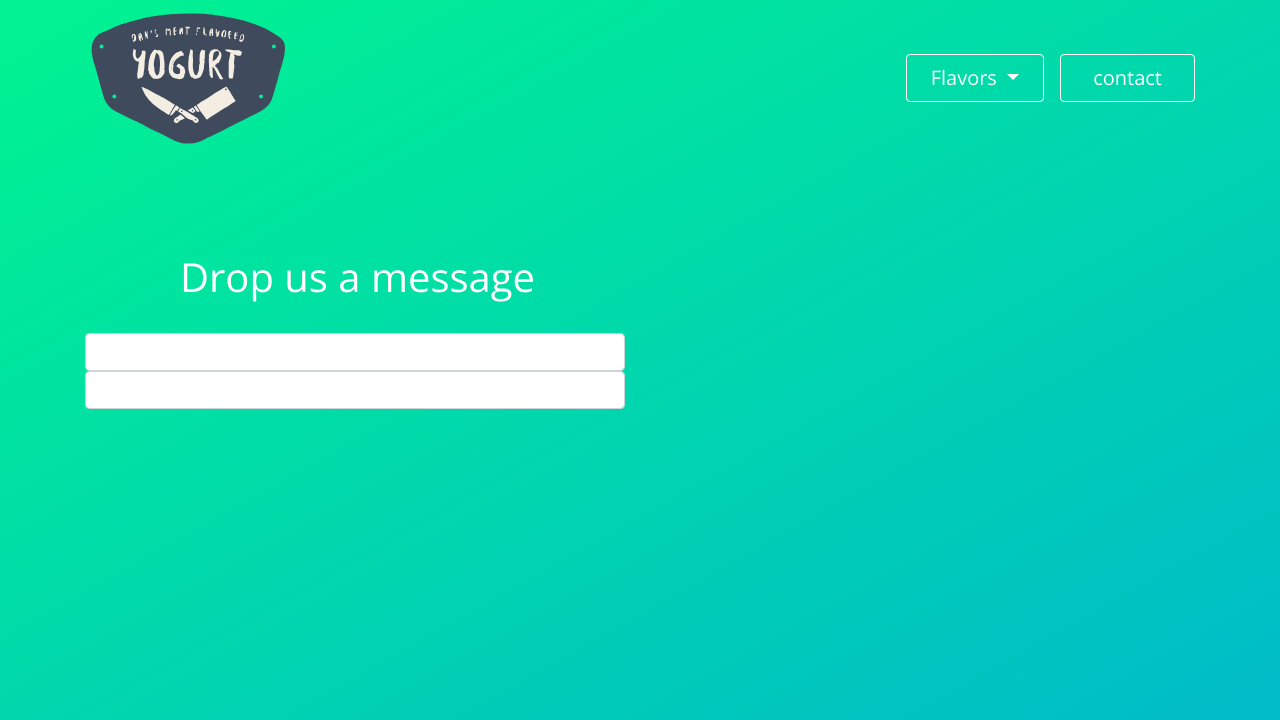
Repository: hoangnam180/Huyen
Page: Form.html
The author's editor kept a copy of each file at every save. The page is drawn from the files as they stood at one save, then again after the next save.
The browser window is 1280 px wide. The pictures show the whole page.

Above is the page before, as saved 2021-12-03 18:43:55.
Not found: space.scss

After the next save:
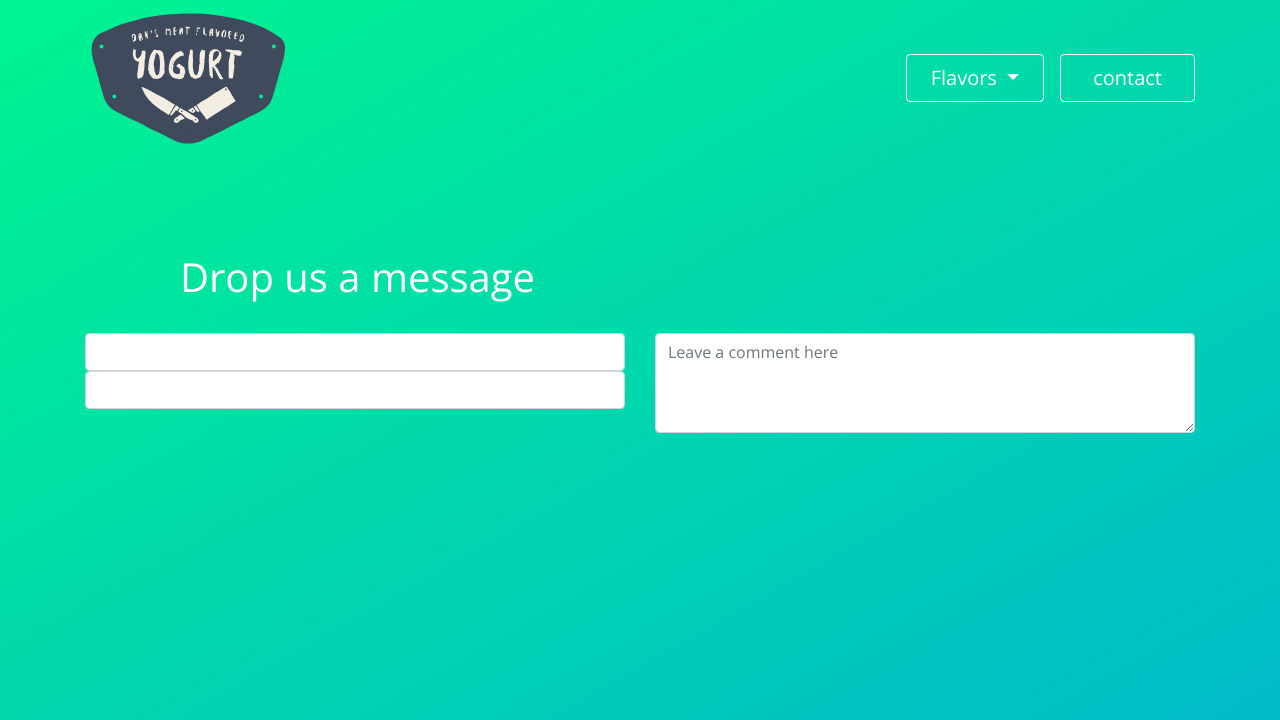
Saved 3 min 16 s later.
--- a/Form.html
+++ b/Form.html
@@ -67,7 +67,9 @@
                     </div>
                 </div>
             </div>
-            <div class="col"></div>
+            <div class="col">
+                <textarea class="form-control" placeholder="Leave a comment here" id="floatingTextarea2" style="height: 100px"></textarea>
+            </div>
         </div>
     </div>
   </div>
